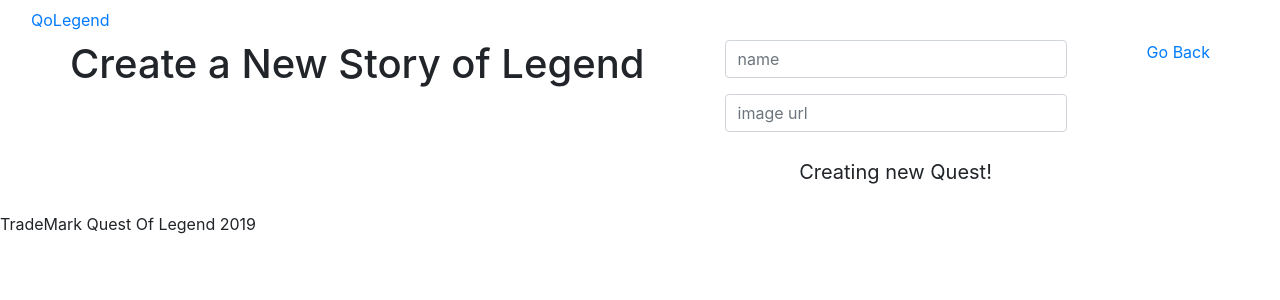
Repository: Hoangvo92/aws-program
Page: http://localhost/quests/new
The author's editor kept a record of every edit. The page is drawn from the files as they stood at one moment, then again after the next edit.
The browser window is 1280 px wide. The pictures show the whole page.
The page is served by the project's Node server (quests-of-legend/app.js).

Above is the page before.

After the next edit:
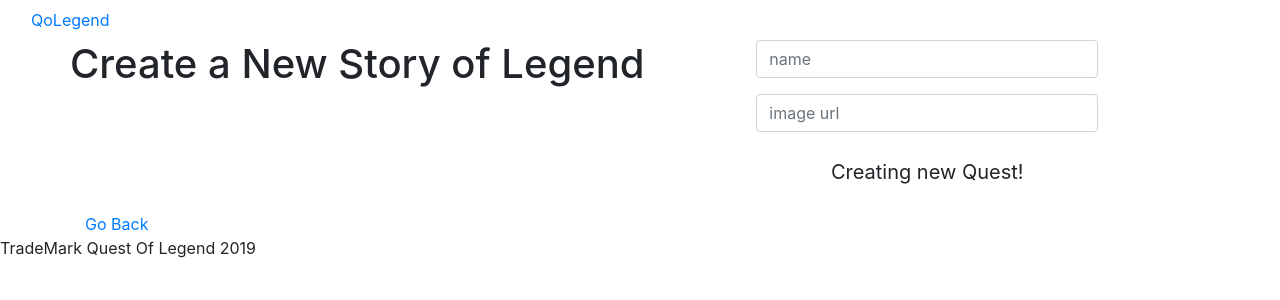
The edit:
--- a/quests-of-legend/views/new.ejs
+++ b/quests-of-legend/views/new.ejs
@@ -15,8 +15,9 @@
               </div>
           </form>
         </div>
-        <a href="/quests"> Go Back</a>
+
     </div>
+     <a href="/quests"> Go Back</a>
 </div>
 
 <% include partials/footer %>
